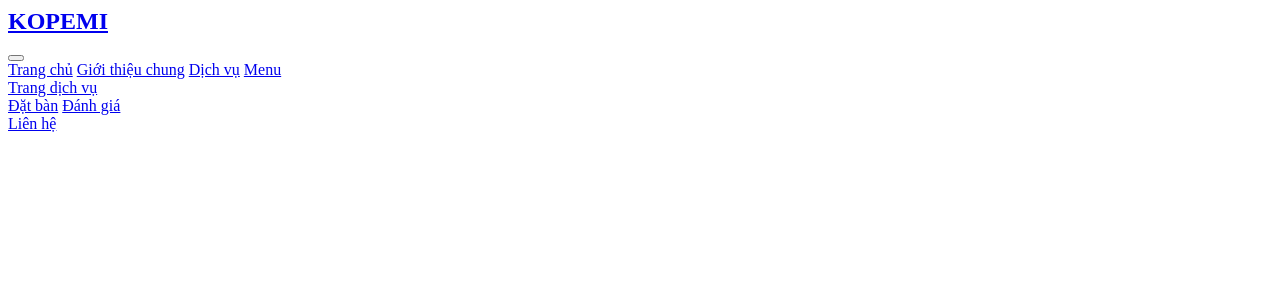
Repository: nguyenvanlinh1105/Simple-cafe-management
Page: http://localhost/cafe/common/web/header.jsp
The author's editor kept a copy of each file at every save. The page is drawn from the files as they stood at one save, then again after the next save.
The browser window is 1280 px wide. The pictures show the whole page.
The page is served by Tomcat 9. Nobody is signed in. The application's start-up code is not run. Other server files are loaded and not shown.

Above is the page before, as saved 2024-05-19 07:56:54.

### BaiTapTHJVA/cafe/src/main/webapp/common/web/header.jsp
  <%@ page language="java" contentType="text/html; charset=UTF-8" pageEncoding="UTF-8"%>
  <!-- Navigation -->
 <div class="container-fluid p-0 nav-bar">
        <nav class="navbar navbar-expand-lg bg-none navbar-dark py-3">
            <a href="index.html" class="navbar-brand px-lg-4 m-0">
                <h1 class="m-0 display-4 text-uppercase text-white">KOPEMI</h1>
            </a>
            <button type="button" class="navbar-toggler" data-toggle="collapse" data-target="#navbarCollapse">
                <span class="navbar-toggler-icon"></span>
            </button>
            <div class="collapse navbar-collapse justify-content-between" id="navbarCollapse">
                <div class="navbar-nav ml-auto p-4">
                    <a href="index.html" class="nav-item nav-link active">Trang chủ</a>
                    <a href="about.html" class="nav-item nav-link">Giới thiệu chung</a>
                    <a href="service.html" class="nav-item nav-link">Dịch vụ</a>
                    <a href="<c:url value='/DatDoUong'/>"  class="nav-item nav-link">Menu</a>
                    <div class="nav-item dropdown">
                        <a href="#" class="nav-link dropdown-toggle" data-toggle="dropdown">Trang dịch vụ</a>
                        <div class="dropdown-menu text-capitalize">
                            <a href="<c:url value='/DatDoUong'/>"class="dropdown-item">Đặt bàn</a>
                            <a href="<c:url value='/DatDoUong'/>" class="dropdown-item">Đánh giá</a>
                        </div>
                    </div>
                    <a href="contact.html" class="nav-item nav-link">Liên hệ</a>
                </div>
            </div>
        </nav>
    </div>

After the next save:
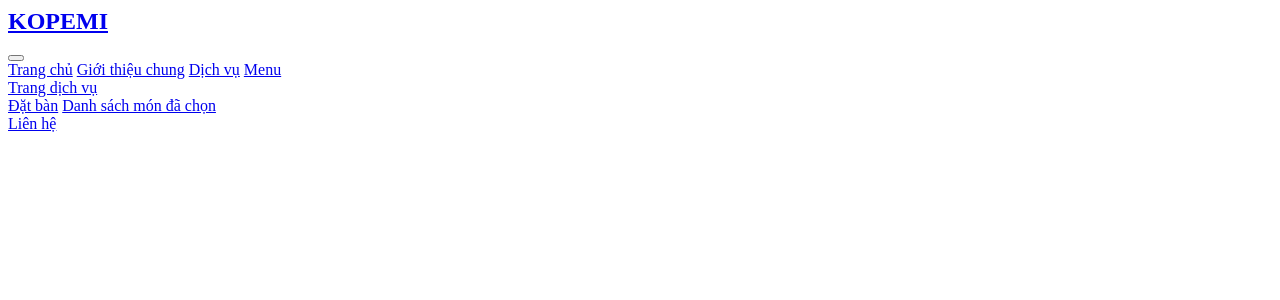
Saved 21 s later.
--- a/BaiTapTHJVA/cafe/src/main/webapp/common/web/header.jsp
+++ b/BaiTapTHJVA/cafe/src/main/webapp/common/web/header.jsp
@@ -18,7 +18,7 @@
                         <a href="#" class="nav-link dropdown-toggle" data-toggle="dropdown">Trang dịch vụ</a>
                         <div class="dropdown-menu text-capitalize">
                             <a href="<c:url value='/DatDoUong'/>"class="dropdown-item">Đặt bàn</a>
-                            <a href="<c:url value='/DatDoUong'/>" class="dropdown-item">Đánh giá</a>
+                            <a href="<c:url value='/DoUongDaDat'/>" class="dropdown-item">Danh sách món đã chọn</a>
                         </div>
                     </div>
                     <a href="contact.html" class="nav-item nav-link">Liên hệ</a>
